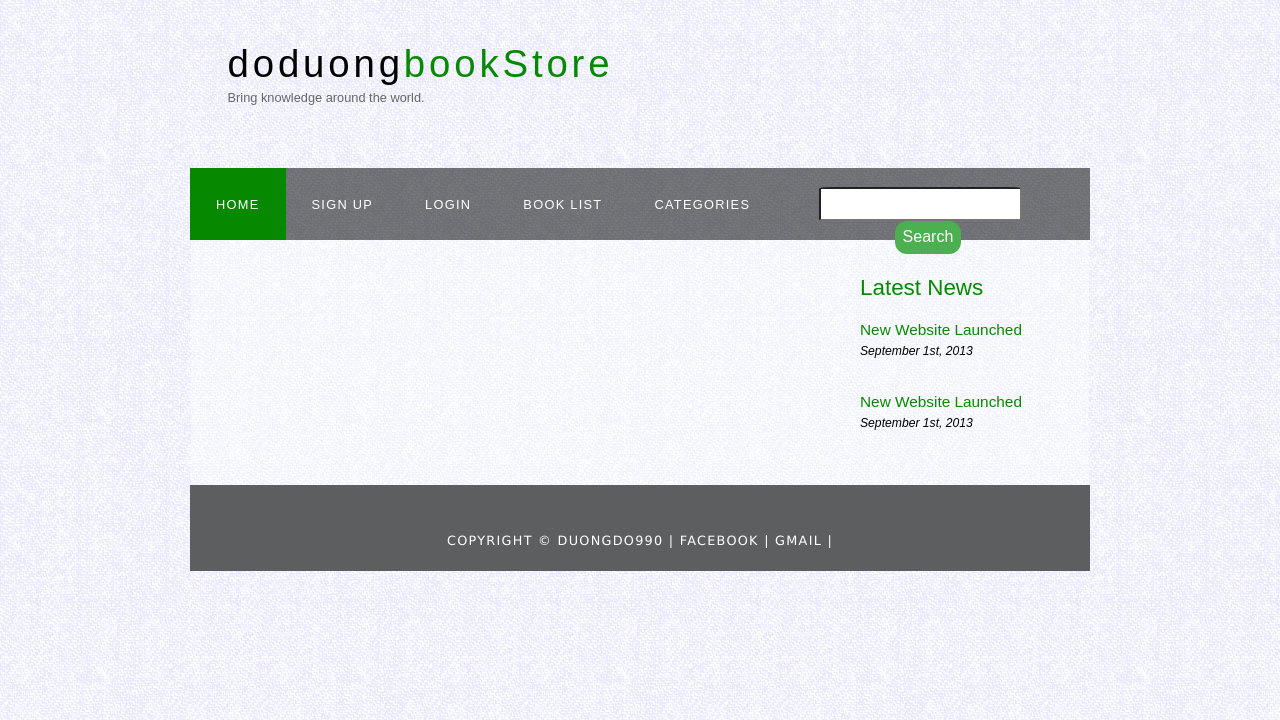
Repository: ngttuyen/JavaWeb
Page: http://localhost/MyWebsite/
The author's editor kept a copy of each file at every save. The page is drawn from the files as they stood at one save, then again after the next save.
The browser window is 1280 px wide. The pictures show the whole page.
The page is served by Tomcat 9. Other server files are loaded and not shown.

Above is the page before, as saved 2019-06-01 12:50:24.

### MyWebsite/WebContent/index.jsp
<%@page contentType="text/html" pageEncoding="utf-8"%>
<%@ include file="includes/head.jsp"%>
<body>
	<div id="main">
		<div id="header">
			<div id="logo">
				<div id="logo_text">
					<!-- class="logo_colour", allows you to change the colour of the text -->
					<h1>
						<a href="index.jsp">doduong<span class="logo_colour">bookStore</span></a>
					</h1>
					<h2>Bring knowledge around the world.</h2>
				</div>
			</div>
			<div id="menubar">
				<ul id="menu">
					<!-- put class="selected" in the li tag for the selected page - to highlight which page you're on -->
					<li class="selected"><a href="#">Home</a></li>
					<li><a href="signup.jsp">Sign Up</a></li>
					<li><a href="login.jsp">Login</a></li>
					<li><a href="book.jsp">Book List</a></li>
					<li><a href="categories.jsp">Categories</a></li>
				</ul>
				<form method="get" action="" id="searchForm">
					<input type="text" name="search" id="search-input">
					<button class="button">Search</button>
				</form>
			</div>
		</div>
		<div id="site_content">
			<%@ include file="/includes/sidebar.jsp"%>
			<div id="content">
				<!-- -------------------------your code here---------------------- --->









				<!-- -------------------------your code here---------------------- --->
			</div>
		</div>
		<div id="footer">
			<!---footer here --->
			<%@ include file="/includes/footer.jsp"%>
		</div>
	</div>
</body>
</html>

### MyWebsite/WebContent/includes/head.jsp
<%@page contentType="text/html" pageEncoding="utf-8" %>
<!doctype html>
<html>

<head>
  <title>doduong's BookStore</title>
  <meta name="description" content="website description" />
  <meta name="keywords" content="website keywords, website keywords" />
  <meta http-equiv="content-type" content="text/html; charset=windows-1252" />
  <link rel="stylesheet"href="styles/style.css" title="style">
</head>

### MyWebsite/WebContent/includes/sidebar.jsp
<%@page contentType="text/html" pageEncoding="utf-8"%>
<div class="sidebar">
	<!-- insert your sidebar items here -->
	<h3>Latest News</h3>
	<h4>New Website Launched</h4>
	<h5>September 1st, 2013</h5>
	<p></p>
	<h4>New Website Launched</h4>
	<h5>September 1st, 2013</h5>
</div>

### MyWebsite/WebContent/includes/footer.jsp
<%@page contentType="text/html" pageEncoding="utf-8"%>
<div id="footer">
	Copyright &copy; duongdo990 | <a
		href="#">Facebook</a> | <a
		href="#">Gmail</a> |
</div>
</div>

### MyWebsite/WebContent/styles/style.css
html
{ height: 100%;}

*
{ margin: 0;
  padding: 0;}

body
{ font: normal .80em 'trebuchet ms', arial, sans-serif;
  background: #F0EFE2 url(../images/background.png) repeat;
  color: #777;}

p
{ padding: 0 0 20px 0;
  line-height: 1.7em;}

img
{ border: 0;}

h1, h2, h3, h4, h5, h6
{ font: normal 175% 'century gothic', arial, sans-serif;
  color: #068900;
  margin: 0 0 15px 0;
  padding: 15px 0 5px 0;}

h2
{ font: normal 175% 'century gothic', arial, sans-serif;
  color: #068900;}

h4, h5, h6
{ margin: 0;
  padding: 0 0 5px 0;
  font: normal 120% arial, sans-serif;
  color: #068900;}

h5, h6
{ font: italic 95% arial, sans-serif;
  padding: 0 0 15px 0;
  color: #000;}

h6
{ color: #362C20;}

a, a:hover
{ outline: none;
  text-decoration: underline;
  color: #FD5BFF;}

a:hover
{ text-decoration: none;}

.left
{ float: left;
  width: auto;
  margin-right: 10px;}

.right
{ float: right;
  width: auto;
  margin-left: 10px;}

.center
{ display: block;
  text-align: center;
  margin: 20px auto;}

blockquote
{ margin: 20px 0;
  padding: 10px 20px 0 20px;
  border: 1px solid #E5E5DB;
  background: #FFF;}

ul
{ margin: 2px 0 22px 17px;}

ul li
{ list-style-type: circle;
  margin: 0 0 6px 0;
  padding: 0 0 4px 5px;}

ol
{ margin: 8px 0 22px 20px;}

ol li
{ margin: 0 0 11px 0;}

#main, #logo, #menubar, #site_content, #footer
{ margin-left: auto;
  margin-right: auto;}

#header
{ height: 240px;}

#logo
{ width: 825px;
  position: relative;
  height: 168px;}

#logo #logo_text
{ position: absolute;
  top: 20px;
  left: 0;}

#logo h1, #logo h2
{ font: normal 300% 'century gothic', arial, sans-serif;
  border-bottom: 0;
  text-transform: none;
  margin: 0;}

#logo_text h1, #logo_text h1 a, #logo_text h1 a:hover
{ padding: 22px 0 0 0;
  color: #000;
  letter-spacing: 0.1em;
  text-decoration: none;}

#logo_text h1 a .logo_colour
{ color: #068900;}

#logo_text h2
{ font-size: 100%;
  padding: 4px 0 0 0;
  color: #676767;}

#menubar
{ width: 900px;
  height: 72px;
  padding: 0;
  background: transparent url(../images/transparent.png) repeat;}

ul#menu, ul#menu li
{ float: left;
  margin: 0;
  padding: 0;}

ul#menu li
{ list-style: none;}

ul#menu li a
{ letter-spacing: 0.1em;
  font: normal 100% arial, sans-serif;
  display: block;
  float: left;
  height: 37px;
  padding: 29px 26px 6px 26px;
  text-align: center;
  color: #FFF;
  text-transform: uppercase;
  text-decoration: none;
  background: transparent;}

ul#menu li a:hover, ul#menu li.selected a, ul#menu li.selected a:hover
{ color: #FFF;
  background: #068900;}

#site_content
{ width: 837px;
  overflow: hidden;
  margin: 0 auto 0 auto;
  padding: 20px 24px 20px 37px;
  background: transparent url(../images/transparent_light.png) repeat;}

.sidebar
{ float: right;
  width: 190px;
  padding: 0 15px 20px 15px;}

.sidebar ul
{ width: 178px;
  padding: 4px 0 0 0;
  margin: 4px 0 30px 0;}

.sidebar li
{ list-style: none;
  padding: 0 0 7px 0; }

.sidebar li a, .sidebar li a:hover
{ padding: 0 0 0 40px;
  display: block;
  background: transparent url(../images/link.png) no-repeat left center;}

.sidebar li a.selected
{ color: #444;
  text-decoration: none;}

#content
{ text-align: left;
  width: 595px;
  padding: 0;}

#content ul
{ margin: 2px 0 22px 0px;}

#content ul li
{ list-style-type: none;
  background: url(../images/bullet.png) no-repeat;
  margin: 0 0 6px 0;
  padding: 0 0 4px 25px;
  line-height: 1.5em;}

#footer
{ width: 900px;
  font: normal 100% 'lucida sans unicode', arial, sans-serif;
  height: 33px;
  padding: 24px 0 5px 0;
  text-align: center;
  background-color: #5d5e60;
  color: #FFF;
  text-transform: uppercase;
  letter-spacing: 0.1em;}

#footer a
{ color: #FFF;
  text-decoration: none;}

#footer a:hover
{ color: #FFF;
  text-decoration: underline;}

.search
{ color: #5D5D5D;
  border: 1px solid #BBB;
  width: 134px;
  padding: 4px;
  font: 100% arial, sans-serif;}

#colours
{ height: 0px;
  text-align: right;
  padding: 66px 16px 0px 300px;}
  /*-------------------------------------*/
.button {
  background-color: #4CAF50; /* Green */
  border: none;
  color: white;
  padding: 1% 1%;
  text-align: center;
  text-decoration: none;
  display: inline-block;
  font-size: 16px;
  border-radius: 12px;
  margin-left: 2%;
}
#searchForm{
  height: 37px;
  padding: 19px 26px 6px 10%;
  text-align: center;
  color: #FFF;
  text-transform: uppercase;
  text-decoration: none;
  background: transparent;
}
#search-input {
	height: 80%;
	border-radius: 5%;
	font-size: 15px;
	border: 1% solid #068900;
	font-weigh: bold;
}
table{
	width: 100%;
	height: 100%;
	font-size: 25px;
	color: black;
}
td{
	padding: 3% 3% 3% 3%;
}

After the next save:
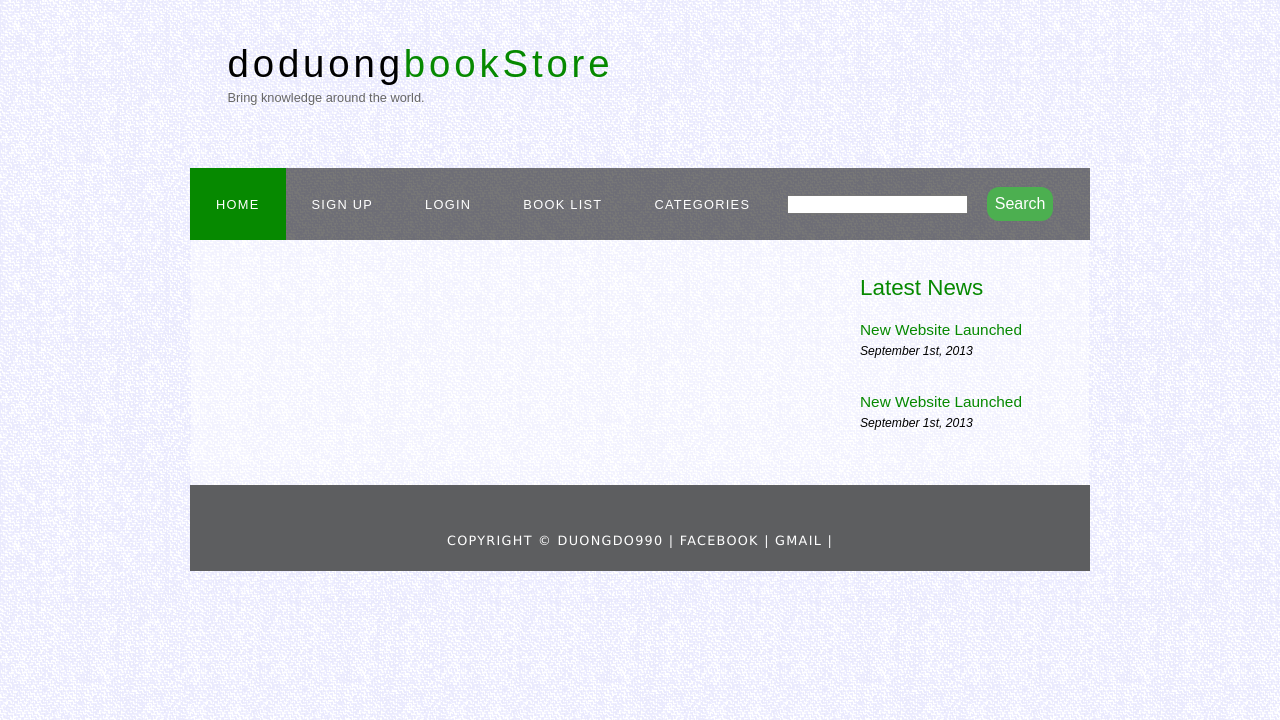
Saved 19 s later.
--- a/MyWebsite/WebContent/styles/style.css
+++ b/MyWebsite/WebContent/styles/style.css
@@ -249,7 +249,7 @@ ul#menu li a:hover, ul#menu li.selected a, ul#menu li.selected a:hover
   text-decoration: none;
   background: transparent;
 }
-#search-input {
+#styled-input {
 	height: 80%;
 	border-radius: 5%;
 	font-size: 15px;
